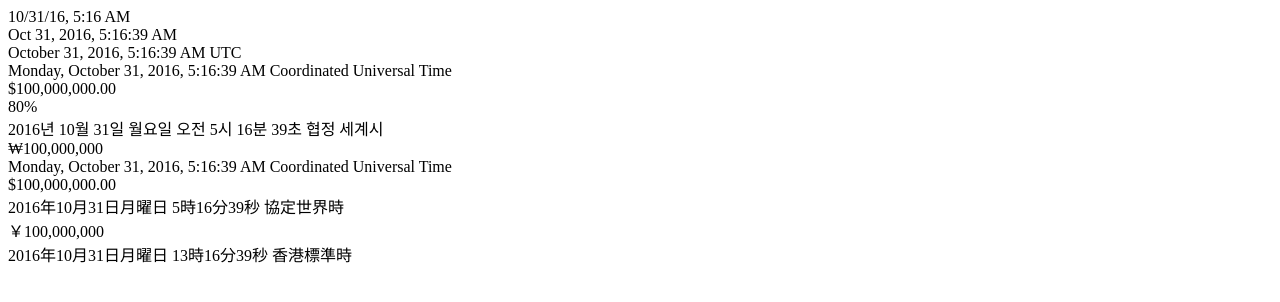
Repository: kimjaejoo/Tacademy
Page: http://localhost/MyServer/custom2.jsp
The author's editor kept a copy of each file at every save. The page is drawn from the files as they stood at one save, then again after the next save.
The browser window is 1280 px wide. The pictures show the whole page.
The page is served by Tomcat 9. Nobody is signed in. The application's start-up code is not run. Other server files are loaded and not shown.

Above is the page before, as saved 2016-11-04 04:47:00.

### MyServer/WebContent/custom2.jsp
<%@page import="java.util.Date"%>
<%@ page language="java" contentType="text/html; charset=UTF-8"
	pageEncoding="UTF-8" errorPage="index.jsp"%>
<!--errorPage="index.jsp" 페이지에 에러가 발생하면 index.jsp 로 자동으로 이동한다.  -->
<%@ taglib prefix="c" uri="http://java.sun.com/jsp/jstl/core"%>
<%@ taglib prefix="fmt" uri="http://java.sun.com/jsp/jstl/fmt"%>

<!-- 시간포맷팅 -->
<c:set var="date" value="<%= new Date() %>"/>
<fmt:formatDate value="${date }" type="both" dateStyle="short" timeStyle="short"/> <br />
<fmt:formatDate value="${date }" type="both" dateStyle="medium" timeStyle="medium"/>	<br />
<fmt:formatDate value="${date }" type="both" dateStyle="long" timeStyle="long"/> <br />
<fmt:formatDate value="${date }" type="both" dateStyle="full" timeStyle="full"/> <br />

<!-- 숫자 -->
<fmt:formatNumber value="100000000" type="currency" currencySymbol="$" /> <br />
<fmt:formatNumber value="0.80" type="percent" /> <br />

<!-- 로케일 -->
<fmt:setLocale value="ko_kr"/>
<fmt:formatDate value="${date }" type="both" dateStyle="full" timeStyle="full"/> <br />
<fmt:formatNumber value="100000000" type="currency" /> <br />
<fmt:setLocale value="en_us"/>
<fmt:formatDate value="${date }" type="both" dateStyle="full" timeStyle="full"/> <br />
<fmt:formatNumber value="100000000" type="currency"  /> <br />
<fmt:setLocale value="ja_jp"/>
<fmt:formatDate value="${date }" type="both" dateStyle="full" timeStyle="full"/> <br />
<fmt:formatNumber value="100000000" type="currency"  /> <br />

<!-- 시간대 -->
<fmt:setTimeZone value="Asia/Hong_Kong"/>
<fmt:formatDate value="${date }" type="both" dateStyle="full" timeStyle="full"/> <br />

After the next save:
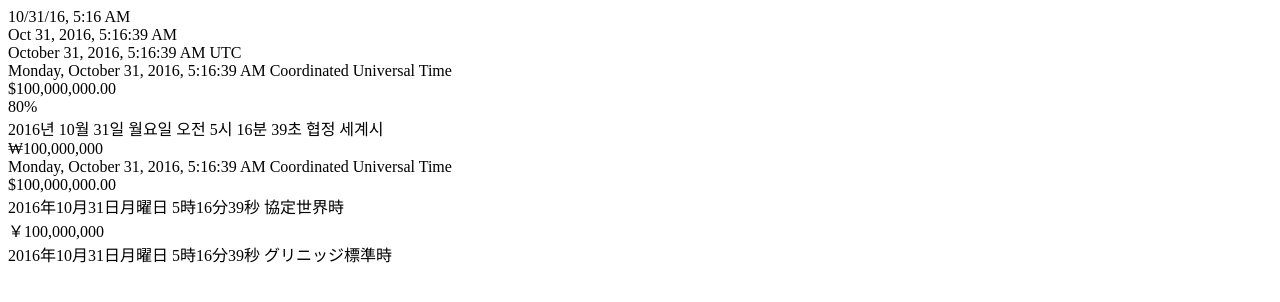
Saved 40 s later.
--- a/MyServer/WebContent/custom2.jsp
+++ b/MyServer/WebContent/custom2.jsp
@@ -29,4 +29,5 @@
 
 <!-- 시간대 -->
 <fmt:setTimeZone value="Asia/Hong_Kong"/>
+<fmt:setTimeZone value="USA/Sicago"/>
 <fmt:formatDate value="${date }" type="both" dateStyle="full" timeStyle="full"/> <br />
